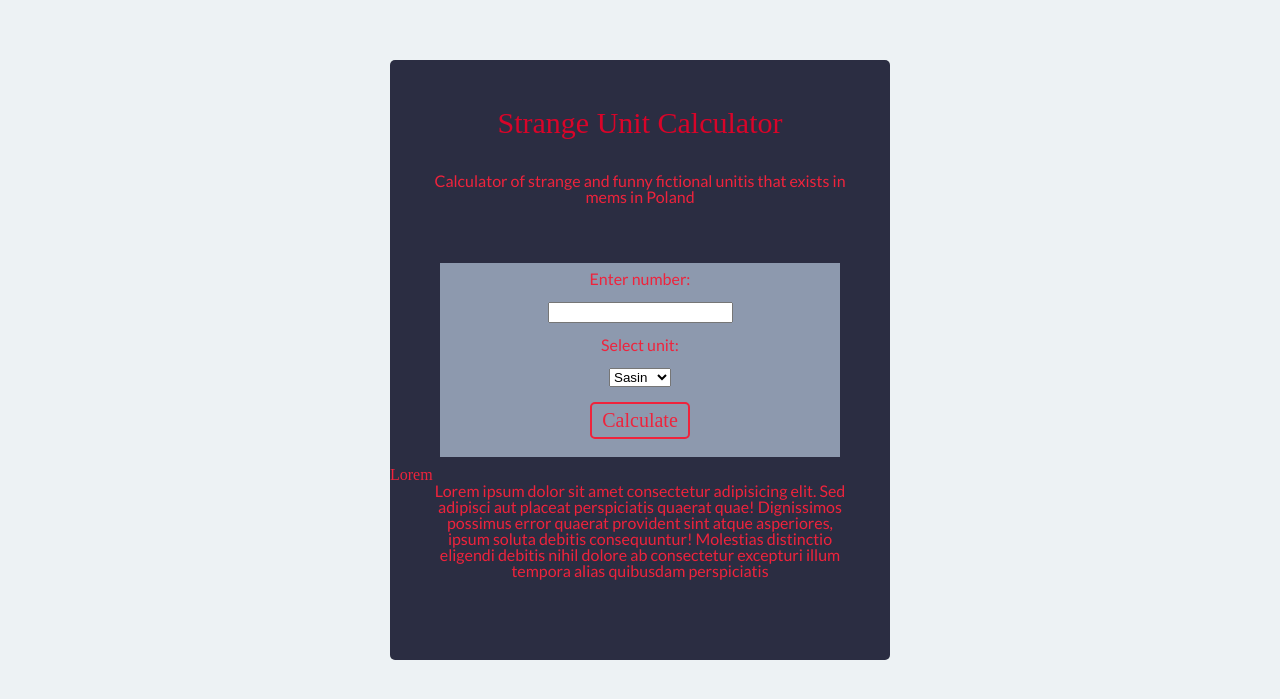
Repository: Gibon9/Calc2
Page: index.html
These files come from the project's save history. The page is drawn as it stood at one moment and after the next save; the edit follows.
The browser window is 1280 px wide. The pictures show the whole page.
Some web fonts or font styles are not loaded; a fallback is used.

Above is the page before, as saved 2020-11-25 11:30:40.

After the next save:
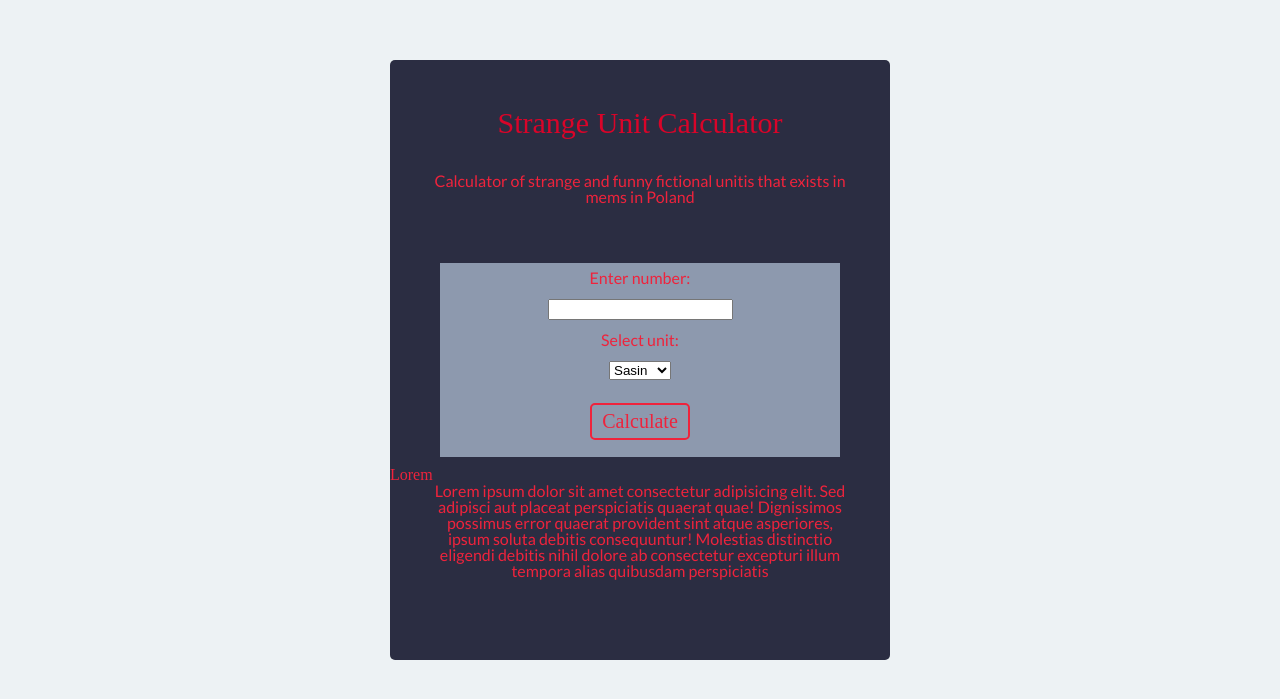
Saved 40 s later.
--- a/styles/style.css
+++ b/styles/style.css
@@ -91,7 +91,7 @@ option {
   border: 2px solid var(--text-light);
   border-radius: 5px;
   padding: 5px 10px;
-  margin-bottom: 10px;
+  margin: 10px 0;
   color: var(--text-light);
   background-color: transparent;
 }
